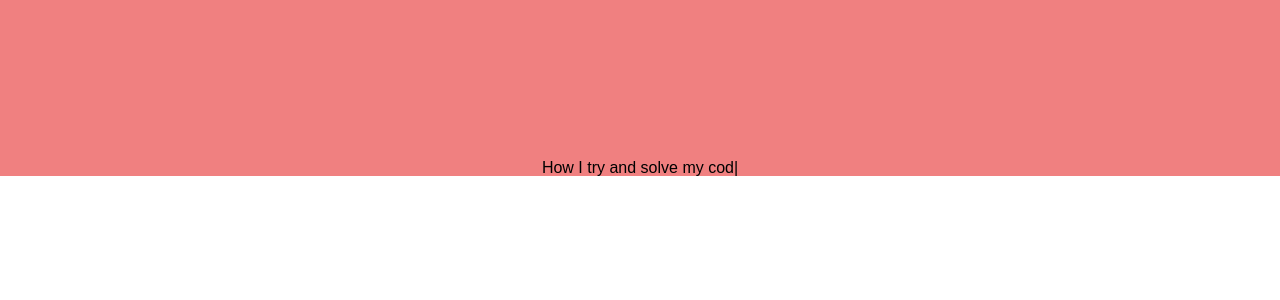
Repository: chashoff/portfolio-winner
Page: /blog (app in reactjs/)
These files come from the project's save history. The page is drawn as it stood at one moment and after the next save; the edit follows.
The browser window is 1280 px wide. The pictures show the whole page.
The project was rebuilt for these pictures with package versions that can differ from the ones it lists, and the page was loaded fresh each time. Also part of the build but not shown: reactjs/src/styles/Home.css, reactjs/src/components/gridItem/index.js, reactjs/src/components/social/index.css, reactjs/src/components/social/index.js, reactjs/src/views/Home.js, reactjs/src/views/About.js, reactjs/src/views/Projects.js, reactjs/src/views/Contact.js.

Above is the page before, as saved 2020-05-24 00:44:49.

### reactjs/src/index.css
html, body, div, span, applet, object, iframe,
h1, h2, h3, h4, h5, h6, p, blockquote, pre,
a, abbr, acronym, address, big, cite, code,
del, dfn, em, img, ins, kbd, q, s, samp,
small, strike, strong, sub, sup, tt, var,
b, u, i, center,
dl, dt, dd, ol, ul, li,
fieldset, form, label, legend,
table, caption, tbody, tfoot, thead, tr, th, td,
article, aside, canvas, details, embed,
figure, figcaption, footer, header, hgroup,
menu, nav, output, ruby, section, summary,
time, mark, audio, video {
	margin: 0;
	padding: 0;
	border: 0;
	font-size: 64.5%;
	font: inherit;
	vertical-align: baseline;
}
/* HTML5 display-role reset for older browsers */
article, aside, details, figcaption, figure,
footer, header, hgroup, menu, nav, section {
	display: block;
}
html {
	font-family: Arial, Helvetica, sans-serif;
}
body {
	line-height: 1;
}
ol, ul {
	list-style: none;
}
blockquote, q {
	quotes: none;
}
blockquote:before, blockquote:after,
q:before, q:after {
	content: '';
	content: none;
}
table {
	border-collapse: collapse;
	border-spacing: 0;
}

code {
  font-family: source-code-pro, Menlo, Monaco, Consolas, 'Courier New',
    monospace;
}

h1 {
	font-size: 2rem;
}

### reactjs/src/App.js
import React from 'react';
import Routes from './components/routes';

function App() {
  return (
      <Routes />
  );
}

export default App;

### reactjs/src/components/routes/index.js
import React from "react";
import { BrowserRouter as Router, Switch, Route } from "react-router-dom";
import Home from '../../views/Home';
import About from "../../views/About";
import Projects from "../../views/Projects";
import Blog from "../../views/Blog";
import Contact from "../../views/Contact";

const Routes = () => (
    <Router>
        <Switch>
            <Route exact component={Home} path="/" />
            <Route exact component={Blog} path="/blog" />
            <Route component={About} path="/about" />
            <Route component={Projects} path="/projects" />
            <Route component={Contact} path="/contact" />
        </Switch>
    </Router>
)
export default Routes;

### reactjs/src/views/Blog.js
import React, { Component } from 'react';
import Typed from 'react-typed';
import "../styles/Blog.css";

class Blog extends Component {
    render() {
        return (
            <div>
                <div className="hero-container">
                    <div style={{ display: 'flex', justifyContent: 'center', alignItems: 'center'}}>
                        <Typed
                        strings={[
                            'How I solve my coding problems!',
                            'How I try and solve my coding problems...']}
                            typeSpeed={40}
                            backSpeed={50}
                            className="typed-js"
                            ></Typed>
                    </div>
                </div>
            </div>
        )
    }
}
export default Blog;

### reactjs/src/styles/Blog.css
.hero-container {
    background-color: lightcoral;
}
.typed-js {
    margin-top: 10em;
}

Loaded but not shown: reactjs/public/index.html (common file); reactjs/src/index.js (common file)

After the next save:
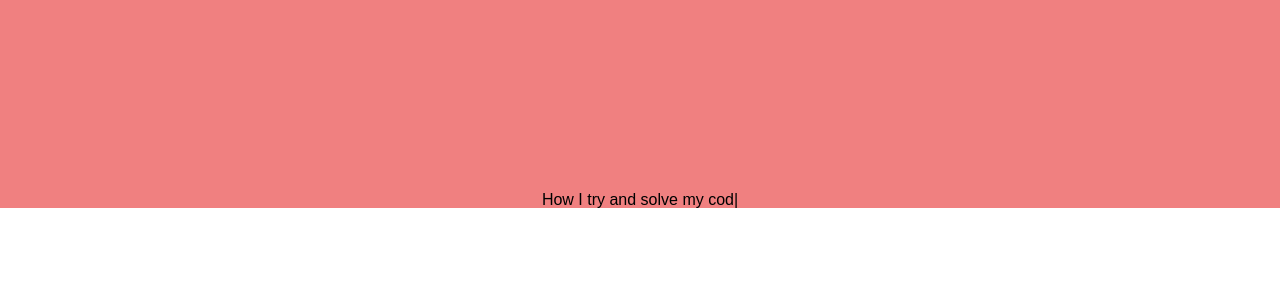
Saved 6 s later.
--- a/reactjs/src/styles/Blog.css
+++ b/reactjs/src/styles/Blog.css
@@ -2,5 +2,5 @@
     background-color: lightcoral;
 }
 .typed-js {
-    margin-top: 10em;
+    margin-top: 12em;
 }
